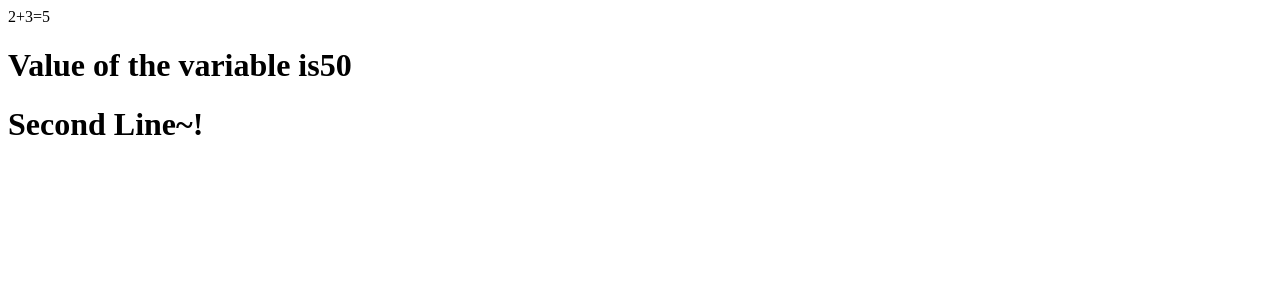
Repository: Hyosang56/Servlet
Page: http://localhost/JSPFirst240819/JSPEx/scriptTagEx.jsp
An editor plug-in stored every save of this project. The page is shown before and after the next save, followed by the edit.
The browser window is 1280 px wide. The pictures show the whole page.
The page is served by Tomcat 10.

Above is the page before, as saved 2024-08-19 02:49:34.

After the next save:
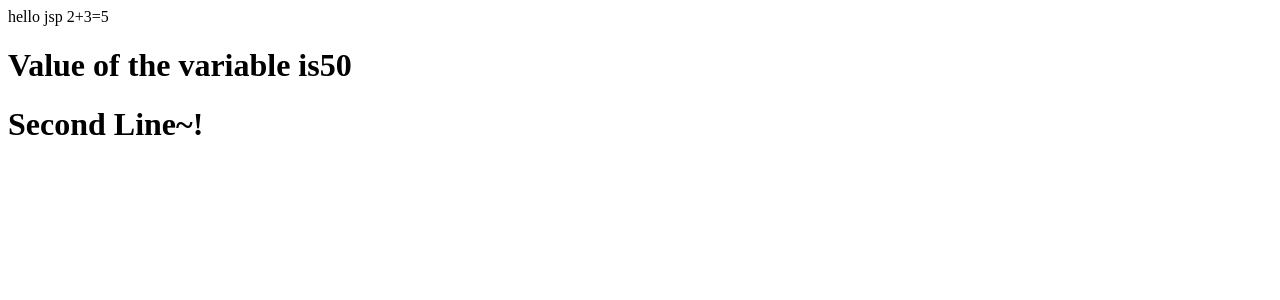
Saved 4 min 46 s later.
--- a/JSPFirst240819/src/main/webapp/JSPEx/scriptTagEx.jsp
+++ b/JSPFirst240819/src/main/webapp/JSPEx/scriptTagEx.jsp
@@ -12,7 +12,11 @@
 		int sum(int a, int b){
 			return a+b;
 		}
+		String makeITLower(String str){
+			return str.toLowerCase();
+		}
 	%>
+	<%=makeITLower("Hello JSP") %>
 	<%
 		out.println("2+3="+sum(2,3));
 		out.println("<h1>"+ "Value of the variable is" + data + "<h1>");
